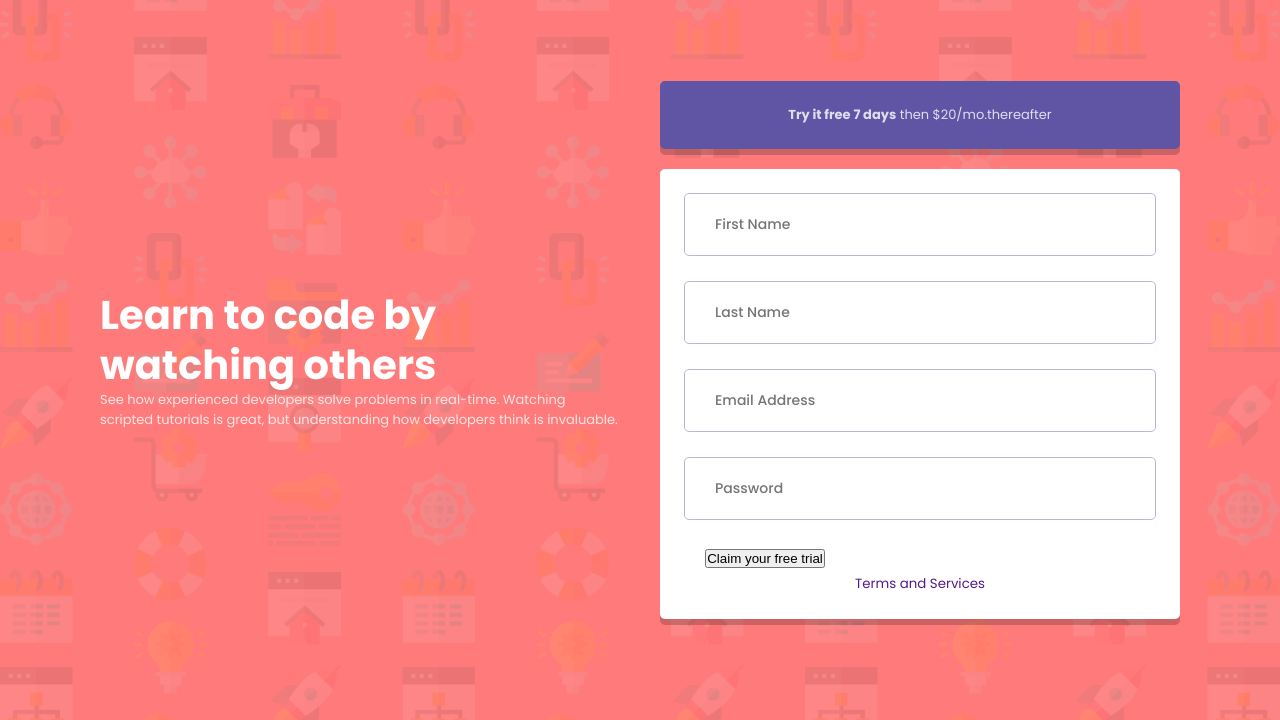
Repository: Akashiii1/WebSignup_Form_Day2
Page: index.html
The author's editor kept a copy of each file at every save. The page is drawn from the files as they stood at one save, then again after a run of saves.
The browser window is 1280 px wide. The pictures show the whole page.

Above is the page before, as saved 2021-12-19 17:04:49.

After the next 2 saves:
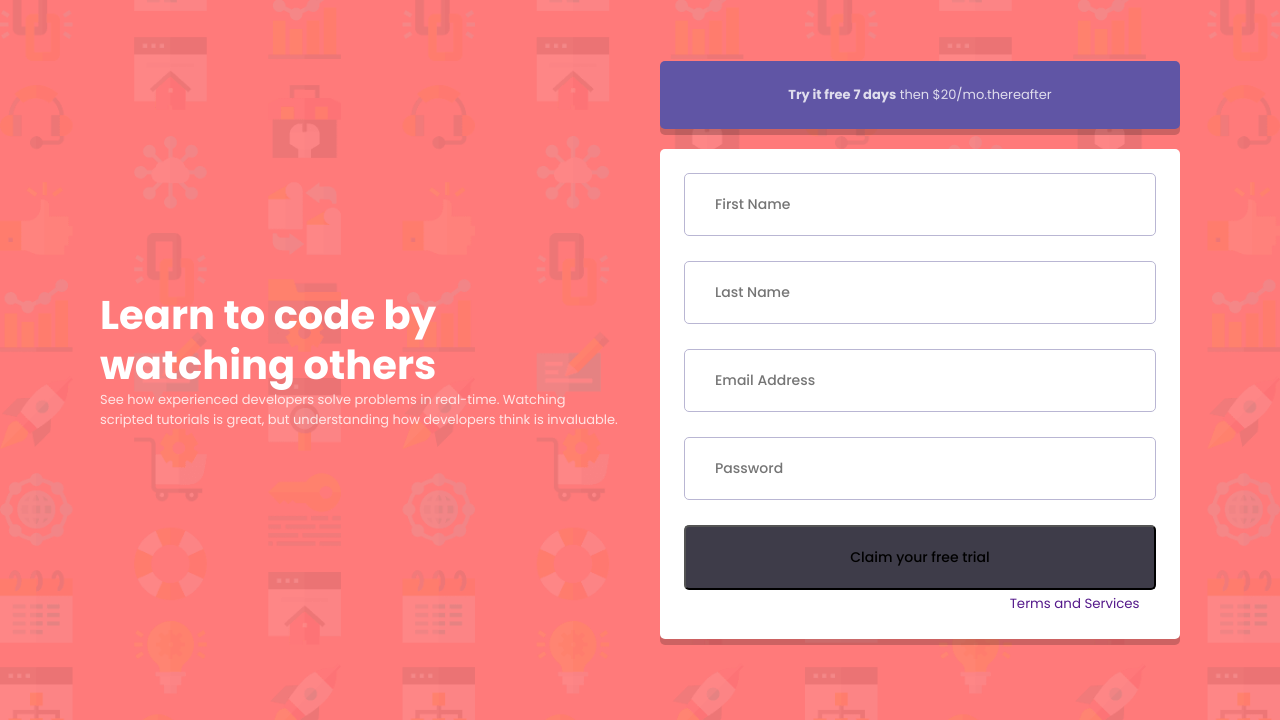
The 2 saves are shown as one change because they came seconds apart.
The last was saved 2 min 41 s later.
--- a/style.css
+++ b/style.css
@@ -93,3 +93,15 @@ input:focus{
   border-color: hsl(248, 32%, 49%);
   outline: none;
 }
+button{
+  display: block;
+  width: 100%;
+  padding: 20px 30px;
+  border-radius: 5px;
+  font-weight: 500;
+  font-size: 14px;
+  outline: none;
+  /* border: 1px solid hsl(246, 25%, 77%) ; */
+  font-family: 'Poppins', sans-serif;
+  background-color: hsl(249, 10%, 26%);
+}
